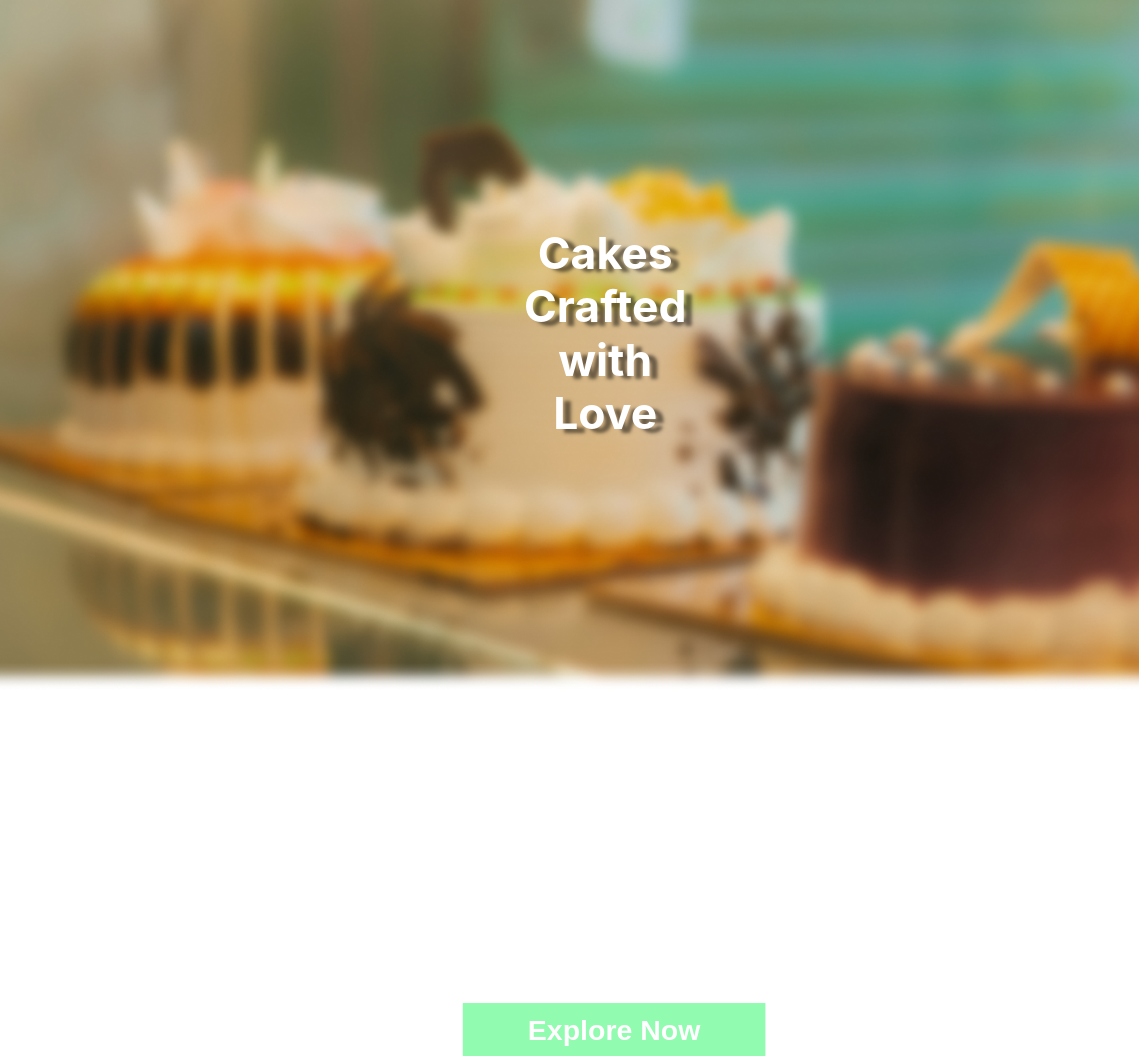
Repository: MEROO1010/cake-box-website
Page: / (app in Cake_box/cake_website/cake_frontend/)
The author's editor kept a copy of each file at every save. The page is drawn from the files as they stood at one save, then again after the next save.
The browser window is 1280 px wide. The pictures show the whole page, at 89% of full size.
The project was rebuilt for these pictures with package versions that can differ from the ones it lists, and the page was loaded fresh each time.

Above is the page before, as saved 2024-10-22 12:17:13.

After the next save:
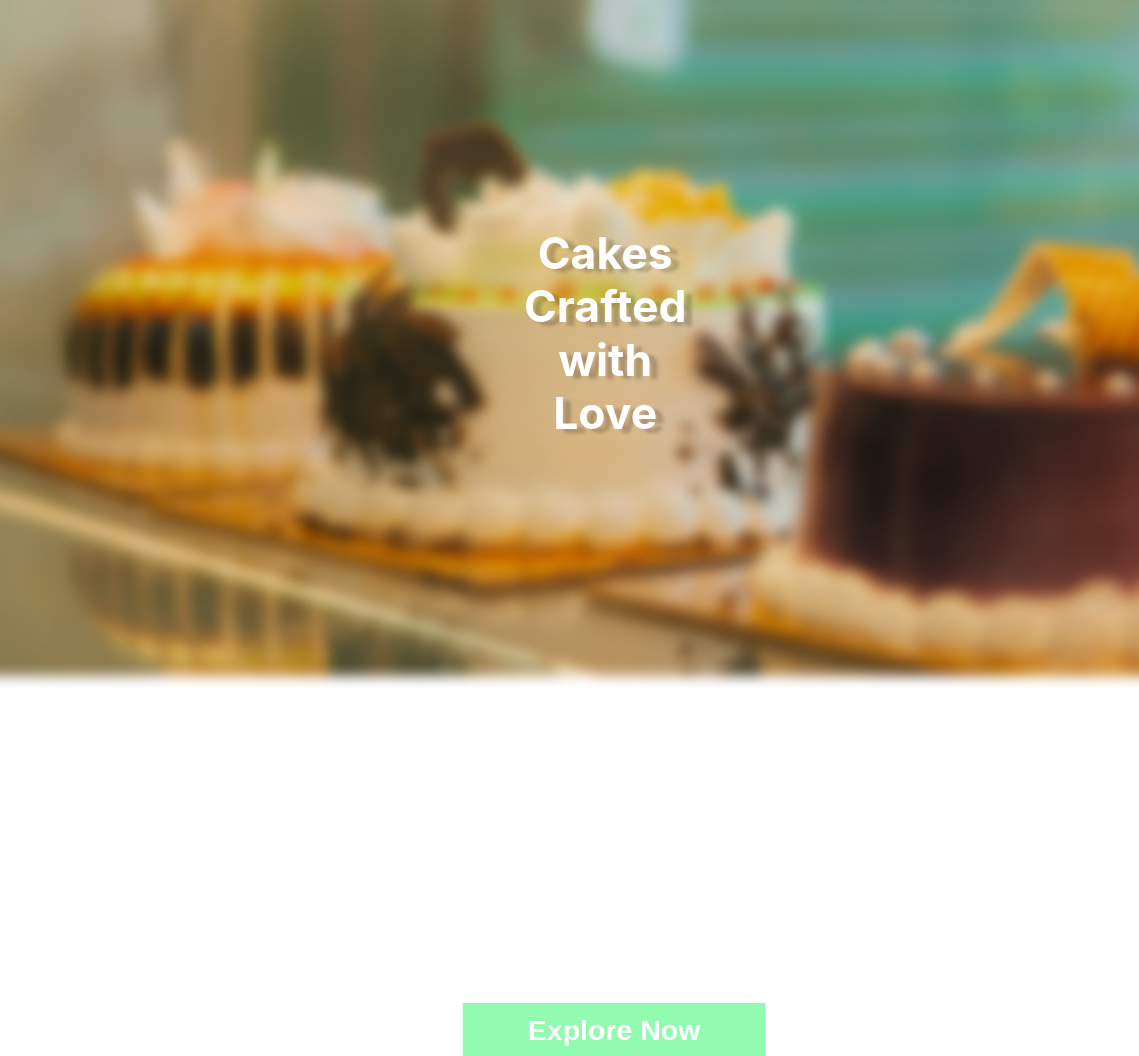
Saved 14 s later.
--- a/Cake_box/cake_website/cake_frontend/src/components/HomePage/Homepage.jsx
+++ b/Cake_box/cake_website/cake_frontend/src/components/HomePage/Homepage.jsx
@@ -28,7 +28,7 @@ const Container = styled.div `
    h1{
     color:white;
     font-size:50px;
-    text-shadow: 9px 4px 4px rgba(0, 0, 0, 0.5);
+    text-shadow: 9px 4px 4px rgba(0, 0, 0, 0.2);
     text-align: center;
     padding-top:40px;
     bottom:600px;
